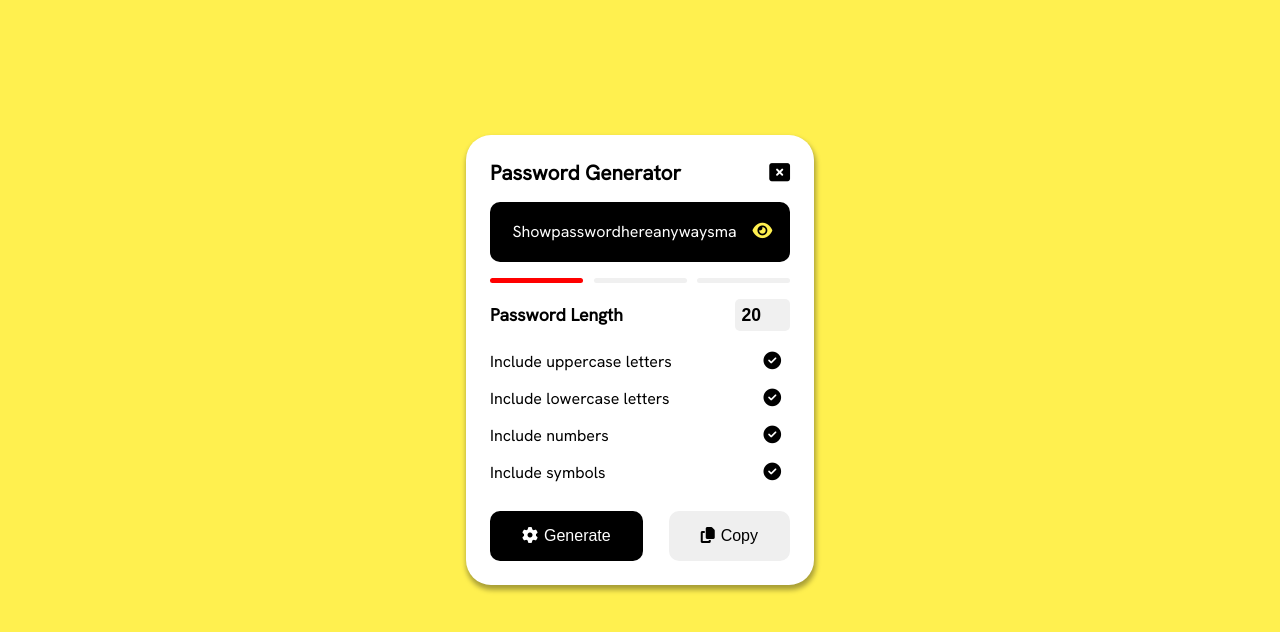
Repository: emiliaiwu/password_generator
Page: index.html
These files come from the project's save history. The page is drawn as it stood at one moment and after the next save; the edit follows.
The browser window is 1280 px wide. The pictures show the whole page.
Some web libraries are served in a nearby version.

Above is the page before, as saved 2022-12-15 20:06:56.

### index.html
<!DOCTYPE html>
<html lang="en">
<head>
    <meta charset="UTF-8">
    <meta http-equiv="X-UA-Compatible" content="IE=edge">
    <meta name="viewport" content="width=device-width, initial-scale=1.0">
    <link rel="stylesheet" href="style.css">
    <script src="https://kit.fontawesome.com/fd9c36575f.js" crossorigin="anonymous"></script>
    <title>Password Generator</title>
</head>
<body>
    <div class="container">
        <div class="title">
            <h2>Password Generator</h2>
            <i class="fa-solid fa-rectangle-xmark clear"></i>
        </div>

        <div class="display_password">
            <span class="result">Showpasswordhereanywaysma</span>
            <span class="hide">
                <i class="fa-solid fa-eye hidebtn fa-eye-slash"></i>
                <!-- <i class="fa-solid fa-eye-slash"></i> -->
            </span>
        </div>
        <div class="strength">
            <span class="weak"></span>
            <span class="medium"></span>
            <span class="strong"></span>
        </div>

        <div class="password_attributes">
            <div class="password_length">
                <label>Password Length</label>
                <input type="number" id="length" min="1" max="25" value="20">
            </div>
            <div class="password_includes">
                <ul>
                    <li class="list">
                        <label for="uppercase" id="uppercase_letters">Include uppercase letters
                            <input type="checkbox" name="uppercase" id="uppercase" class="uppercase" checked>
                            <i class="fa-solid fa-circle"></i>
                            <i class="fa-solid fa-circle-check"></i>
                        </label>
                    </li>
                    <li class="list">
                        <label for="lowercase" id="lowercase_letters">Include lowercase letters
                            <input type="checkbox" name="lowercase" id="lowercase" class="lowercase" checked>
                            <i class="fa-solid fa-circle"></i>
                            <i class="fa-solid fa-circle-check"></i>
                        </label>
                    </li>
                    <li class="list">
                        <label for="numbers" id="include_numbers">Include numbers
                            <input type="checkbox" name="numbers" id="numbers" class="numbers" checked>
                            <i class="fa-solid fa-circle"></i>
                            <i class="fa-solid fa-circle-check"></i>
                        </label>

                    </li>
                    <li class="list">
                        <label for="symbols" id="include_symbols">Include symbols
                             <input type="checkbox" name="symbols" id="symbols" class="symbols" checked>
                            <i class="fa-solid fa-circle"></i>
                            <i class="fa-solid fa-circle-check"></i>
                        </label>

                    </li>
                </ul>
            </div>
        </div>

        <div class="cta">
            <button class="btn generate"><i class="fa-solid fa-gear"></i>Generate</button>
            <button class="btn copy"><i class="fa-solid fa-copy"></i>Copy</button>
        </div>
    </div>
<script src="script.js"></script>
</body>
</html>

### style.css
@import url('https://fonts.googleapis.com/css2?family=Hanken+Grotesk:wght@300;400&display=swap');


* {
    margin: 0;
    padding: 0;
    box-sizing: border-box;
    list-style-type: none;
}


:root {
    --BG-COLOR: #fff;
    --BG-COLOR2: #000000;
    --BG-COLOR3: #4d08d8;
    --FONT-COLOR: #000;
    --FONT-COLOR2: #FFF;
}


body {
    width: 100vw;
    height: 100vh;
    font-family: 'Hanken Grotesk', sans-serif;
    display: flex;
    align-items: center;
    justify-content: center;
    color: var(--FONT-COLOR);
    background-color: rgb(255, 240, 79);

}

.container {
    background-color: var(--BG-COLOR);
    display: flex;
    flex-direction: column;
    align-items: left;
    justify-content: space-between;
    gap: 1rem;
    padding: 1.5rem;
    border-radius: 25px;
    box-shadow: 1px 4px 5px 1px rgba(5, 5, 5, 0.35);
    -webkit-box-shadow: 1px 4px 5px 1px rgba(9, 9, 9, 0.35);

}


/* FONT */
h2 {
   font-size: 1.3rem;
   font-family: inherit;
}




/* FLEX */
.title,
label,
.password_length,
.cta,
.strength {
    display: flex;
    align-items: center;
    justify-content: space-between;
}

/* CLEAR BUTTON */
.fa-rectangle-xmark {
    font-size: 1.3rem;
    cursor: pointer;
}



/* DISPLAY PASSWORD */

.display_password {
    padding: 1.2rem 1.1rem 1.2rem 1.4rem;
    width: 300px;
    border-radius: 10px;
    background: var(--BG-COLOR2);
    color: var(--FONT-COLOR2);
    overflow: hidden;
    text-align: center;
    display: flex;
    align-items: center;
    justify-content: space-between;

}

.hide i{
    font-size: 1.1rem;
    color: rgb(255, 240, 79);
}

.fa-eye-slash {
    display: none;
    transition: 0.15s ease;
}


.result {
    font-size: 1rem;
    word-wrap: break-word;
    text-align: center;
}


/* Strength */
.strength {
    width: 100%;
}

.strength span {
    width: 31%;
    height: 5px;
    background-color: #f0f0f0;
    border-radius: 10px;
}

.strength .weak {
    background-color: red;
}




/* PASSWORD LENGTH */
.password_length {
    margin-bottom: 1rem;
}


.password_length label {
    font-size: 1.1rem;
    font-weight: 600;
    font-family: inherit;
}

.password_length input[type="number"] {
    width: 55px;
    padding: .4rem .4rem .3rem .4rem;
    font-size: 1.1rem;
    border: 2px solid var(--FONT-COLOR);
    border-radius: 5px;
    border: none;
    font-weight: 600;
    color: var(--FONT-COLOR);
    background-color: #f0f0f0;
}

.password_length input[type="number"]:focus {
    outline: none;
}



/* LIST ATTRIBUTES */
.list {
    margin-top: .5rem;
}

.list input[type="checkbox"] {
    padding: 1rem;
}

/* Hide the checkbox */
.list input {
    opacity: 0;
    cursor: pointer;
    margin: .5rem;
}

label {
     position: relative;
}

.list .fa-solid {
    position: absolute;
    top: 50%;
    right: 0;
    transform: translate(-50%, -50%);
    color: var(--BG-COLOR2);
    font-size: 1.1rem;
    cursor: pointer;
}

.fa-circle-check{
    opacity: 0;
}

/* CHECKED */
.list input:checked ~ .fa-circle-check {
    opacity: 1;
    transition: opacity .2s ease;
}

.list input:checked ~ .fa-circle {
    opacity: 0;
     transition: opacity .2s ease;
}


/* BUTTON */
.btn {
    margin-top: .5rem;
    padding: 1rem 2rem;
    font-size: 1rem;
    border: none;
    border-radius: 10px;
    cursor: pointer;

}

.generate {
    background-color: var(--BG-COLOR2);
    color: var(--FONT-COLOR2);
}

.generate:hover i{
    transform: rotate(180deg);
    transition: transform .4s ease;
}

.generate:focus {
    background-color: #38079c;
    outline: none;
}

.copy:focus {
    outline: none;
}

.btn .fa-solid {
    margin-right: 6px;
}

### script.js
'use strict';

// Select Elements
const clear = document.querySelector('.clear');
const resultEl = document.querySelector('.result');
const lengthEl = document.getElementById('length');
const uppercaseEl = document.getElementById('uppercase');
const lowercaseEl = document.getElementById('lowercase');
const numbersEl = document.getElementById('numbers');
const symbolsEl = document.getElementById('symbols');
const generateBtn = document.querySelector('.generate');
const copyBtn = document.querySelector('.copy');
const hide = document.querySelector('.hide');


// Variables
let allUppercase = '';
let allLowercase = '';
let allNumbers = '';
const allSymbols = '~!@#$%^&*()_-+={}[]|;:<>.,/?';



hide.addEventListener('click', () => {
	const hidebtn = document.querySelector('.hidebtn');
	hidebtn.classList.toggle('fa-eye');
})



// Generate Randoms Functions
const getRandomUppercase = () => {
    return String.fromCharCode(Math.floor(Math.random() * 26) + 65);
};

const getRandomLowercase = () => {
	return String.fromCharCode(Math.floor(Math.random() * 26) + 97);
};

const getRandomNumbers = () => {
	return String.fromCharCode(Math.floor(Math.random() * 10) + 48);
};

const getRandomSymbols = () => {
	const symbols = '~!@#$%^&*()_-+={}[]|\;:<>.,/?';
	return symbols[Math.floor(Math.random() * symbols.length)];
};



// Get the characters
		// const getUppercase = () => {
		// 	for (let i = 65; i < 91; i++) {
		// 		allUppercase = allUppercase.concat(String.fromCharCode(i));
		// 	}
		// }
		// getUppercase();

		// const getLowercase = () => {
		// 	allLowercase = allUppercase.toLowerCase();
		// }
		// getLowercase();

		// const getNumbers = () => {
		// 	for (let i = 48; i < 58; i++) {
		// 		allNumbers = allNumbers.concat(String.fromCharCode(i));
		// 	}
		// }
		// getNumbers();

		// const allCharacters = allUppercase + allLowercase + allNumbers + allSymbols;
		// console.log(allCharacters);

		// console.log(allNumbers);


// Give Functions a Key
const randomFunctions = {
	uppercase: getRandomUppercase,
	lowercase: getRandomLowercase,
	numbers: getRandomNumbers,
	symbols: getRandomSymbols,
};


// Add EventListener to Generate
generateBtn.addEventListener('click', () => {
	const length = +lengthEl.value;
	const hasUppercase = uppercaseEl.checked;
	const hasLowercase = uppercaseEl.checked;
	const hasNumbers = numbersEl.checked;
	const hasSymbols = symbolsEl.checked;
	console.log(hasLowercase, hasNumbers, hasSymbols, hasUppercase, length);
});

After the next save:
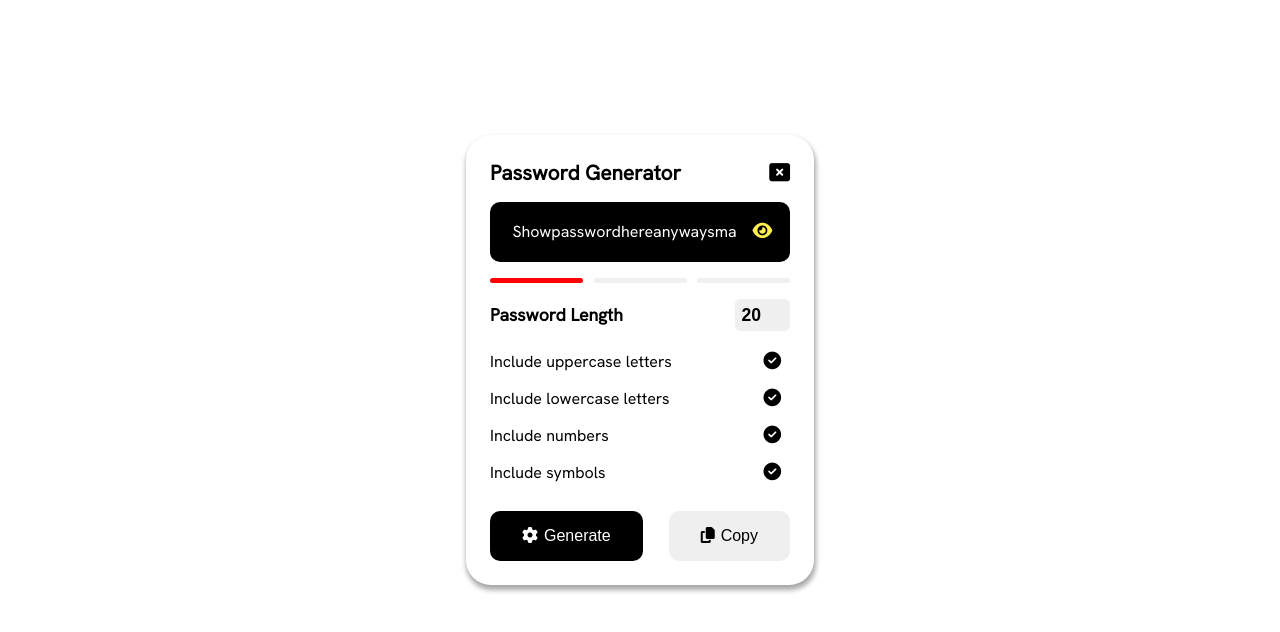
Saved 10 s later.
--- a/style.css
+++ b/style.css
@@ -26,7 +26,7 @@ body {
     align-items: center;
     justify-content: center;
     color: var(--FONT-COLOR);
-    background-color: rgb(255, 240, 79);
+    background-color:
 
 }
 
